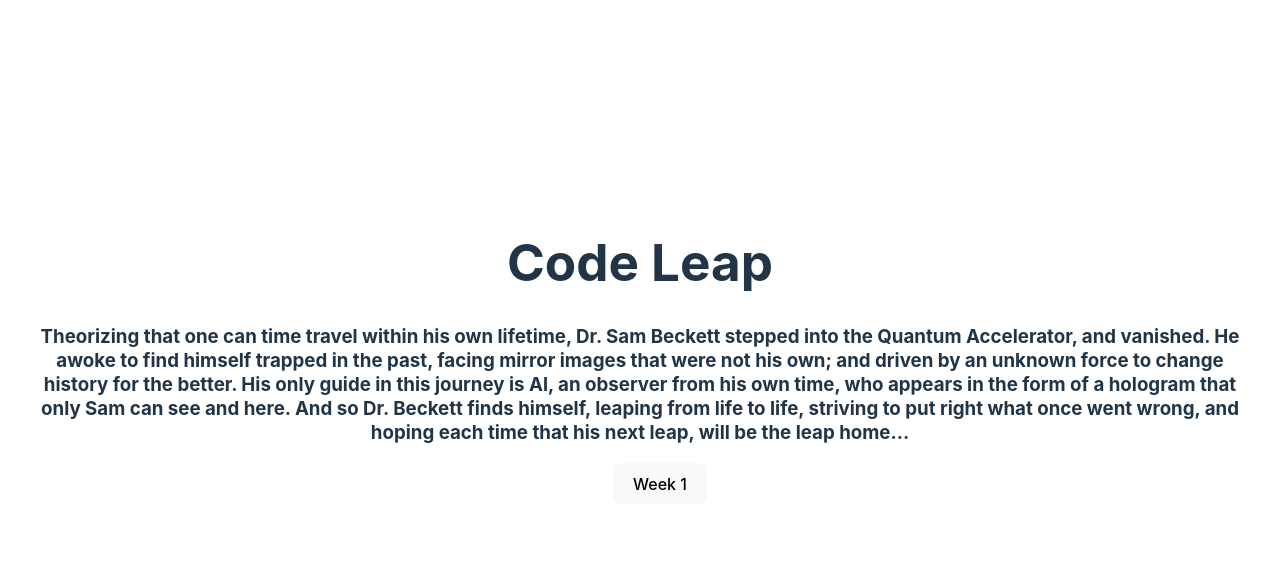
Repository: mplayer78/code-leap
Page: /
The author's editor kept a copy of each file at every save. The page is drawn from the files as they stood at one save, then again after the next save.
The browser window is 1280 px wide. The pictures show the whole page.
The project was rebuilt for these pictures with package versions that can differ from the ones it lists, and the page was loaded fresh each time. Also part of the build but not shown: vite.config.ts.

Above is the page before, as saved 2022-08-28 11:35:15.
Console error: TypeError: Cannot read properties of undefined (reading 'puzzleInput')

### src/App.vue
<script setup lang="ts">

import { ref } from 'vue'
import Intro from './components/Intro.vue'
import DaysList from './components/DaysList.vue'
import Challenge from './components/Challenge.vue'

const currentChallengeId = ref('');

function handleChallengeId(args: string) {
  currentChallengeId.value = args
}

</script>

<script lang="ts">
export default {
  name: 'App',
  methods: {

  }
}
</script>

<template>
  <Intro/>
  <DaysList @challengeId="handleChallengeId"/>
  <Challenge :challengeId="currentChallengeId"/>
</template>

<style scoped>
.logo {
  height: 6em;
  padding: 1.5em;
  will-change: filter;
}
.logo:hover {
  filter: drop-shadow(0 0 2em #646cffaa);
}
.logo.vue:hover {
  filter: drop-shadow(0 0 2em #42b883aa);
}
</style>

### src/components/Intro.vue
<script setup lang="ts">
import intro from '../challenges/intro'

const introObj = intro();

</script>

<template>
  <h1>{{introObj.heading}}</h1>
  <h3>{{introObj.description}}</h3>
</template>

<style scoped>
.read-the-docs {
  color: #888;
}
</style>

### src/components/DaysList.vue
<script setup lang="ts">
import challenges from '../challenges/challenges'

</script>

<template>
  <ul>
    <li v-for="challenge, index in challenges" :key="challenge.id" class="challengeList">
      <button @click="$emit('challengeId', challenge.id)">Week {{index + 1}}</button>
    </li>
  </ul>
</template>

<style scoped>
.challengeList {
  list-style: none;
}
</style>

### src/components/Challenge.vue
<script setup lang="ts">
import { computed, ref } from 'vue'
import challenges from '../challenges/challenges'

const props = defineProps({
    challengeId: String
})

const currentChallenge = computed(() => {
    return challenges.find(val => val.id === props.challengeId)
})

const inputList = computed(() => {
    return currentChallenge.value.puzzleInput.join(', ')
})

const handleSubmit = (e) => {
    e.preventDefault();
    if (checkAnswer()) {
        message.value = currentChallenge.value.messages.success
    } else {
        message.value = currentChallenge.value.messages.failure
    };
}

const message = ref('');

const checkAnswer = () => {
    return [val1.value, val2.value].every(v => currentChallenge.value.puzzleInput.includes(v)) &&
    val1.value + val2.value === currentChallenge.value.target
}

const val1 = ref(0)
const val2 = ref(1)

</script>

<template>
  <div>
    <p>{{ currentChallenge?.date }}</p>
    <p>{{ currentChallenge?.description }}</p>
    <p>{{ inputList }}</p>
    <form action="POST" @submit="handleSubmit">
        <input type="number" v-model="val1">
        <input type="number" v-model="val2">
        <button type="submit">Go</button>
    </form>
    <p>{{ message }}</p>
  </div>
</template>

<style scoped>
.read-the-docs {
  color: #888;
}
</style>

### src/challenges/intro.ts
export default function intro() {
    return {
        "heading": "Code Leap",
        "description": `Theorizing that one can time travel within his own lifetime, Dr. Sam Beckett stepped into the Quantum Accelerator, and vanished.
    He awoke to find himself trapped in the past, facing mirror images that were not his own; and driven by an unknown force to change history for the better.
    His only guide in this journey is Al, an observer from his own time, who appears in the form of a hologram that only Sam can see and here.
    And so Dr. Beckett finds himself, leaping from life to life, striving to put right what once went wrong, and hoping each time that his next leap, will be the leap home...`

    }
}

### src/challenges/challenges.json
[
    {
        "date": "2022-08-29",
        "id": "daa39404-a99f-42eb-8693-067537f4e476",
        "description": "When he woke up Sam discovered that he had materialised into the body of a sailor on an old schooner. In front of him was a wooden chest and sam suspected that the answer to him getting home may be inside the chest. When he went to open it, though, he realised that there were 2 combination locks.\n He asked one of the sailors wether they knew the combination but the sailor said\n\"No one can remember the combination for the lock. To remind ourselves we tallied the two numbers and that total was %target% but we can't remember the two original numbers\"\nUpon looking at the lock you see the numbers on the wheels of the combination locks. The numbers are shown below. Input the numbers into the boxes below to see if you can open the box.",
        "target": 786,
        "puzzleInput": [
            5,
            40,
            50,
            55,
            57,
            68,
            74,
            80,
            83,
            88,
            89,
            91,
            102,
            127,
            133,
            144,
            150,
            153,
            155,
            165,
            173,
            188,
            196,
            201,
            207,
            209,
            211,
            214,
            232,
            235,
            237,
            238,
            240,
            248,
            254,
            258,
            273,
            282,
            293,
            301,
            302,
            304,
            306,
            322,
            332,
            342,
            438,
            439,
            441,
            449,
            450,
            456,
            468,
            471,
            474,
            476,
            477,
            478,
            488,
            490,
            492,
            519,
            521,
            529,
            539,
            542,
            543,
            544,
            549,
            555,
            563,
            571,
            576,
            583,
            586,
            612,
            620,
            630,
            640,
            646,
            652,
            663,
            673,
            676,
            677,
            679,
            681,
            682,
            688,
            701,
            710,
            715,
            722,
            728,
            732,
            740,
            754,
            760,
            773,
            777,
            786
        ],
        "messages": {
            "success": "You try the combinations and with a creak the locks open",
            "failure": "You try the combinations in the locks something doesn't look right"
        }
    }
]

Loaded but not shown: index.html (common file); src/main.ts (common file); src/style.css (common file)

After the next save:
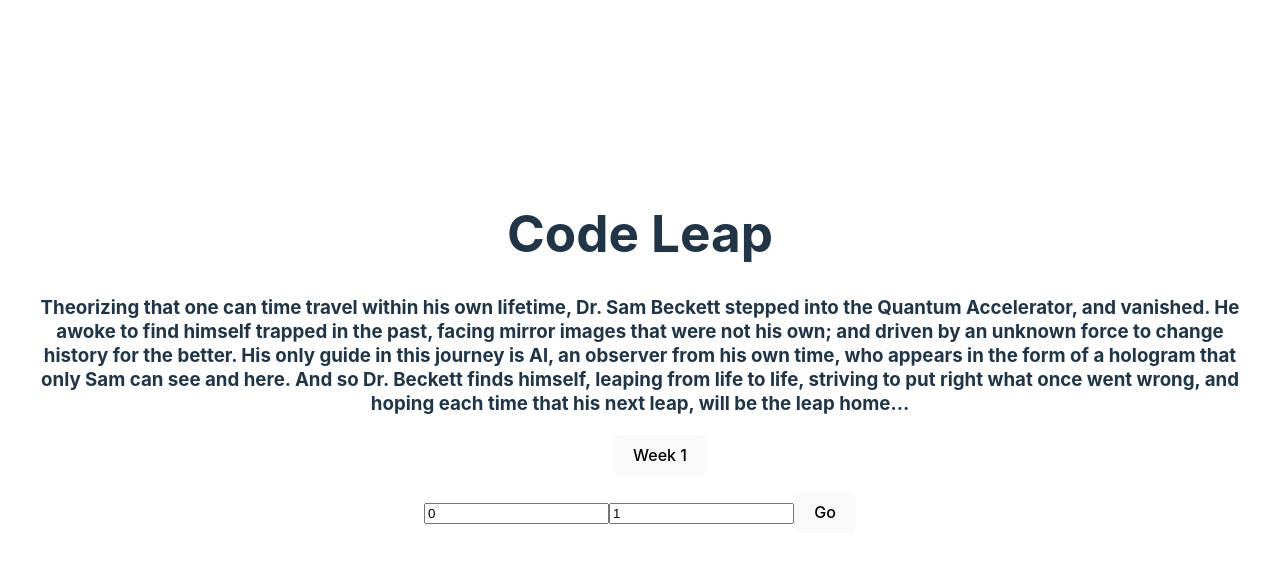
The error is gone.
Saved 52 s later.
--- a/src/components/Challenge.vue
+++ b/src/components/Challenge.vue
@@ -11,7 +11,7 @@ const currentChallenge = computed(() => {
 })
 
 const inputList = computed(() => {
-    return currentChallenge.value.puzzleInput.join(', ')
+    return currentChallenge.value?.puzzleInput.join(', ')
 })
 
 const handleSubmit = (e) => {
